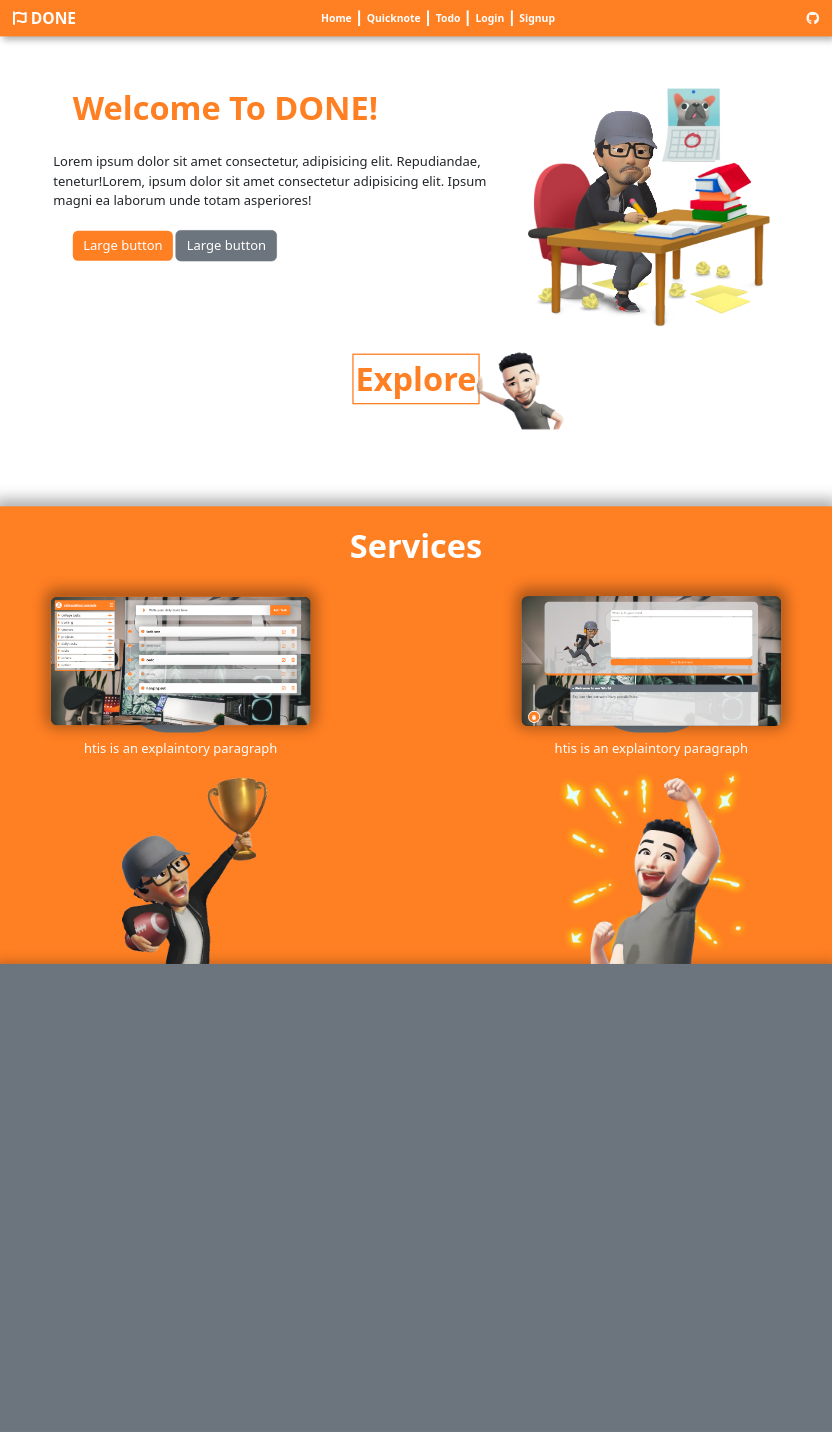
Repository: OmarEssameldinMousa/DONE
Page: index.html
An editor plug-in stored every save of this project. The page is shown before and after the next save, followed by the edit.
The browser window is 1280 px wide. The pictures show the whole page, at 65% of full size.
Some web fonts or font styles are not loaded; a fallback is used.

Above is the page before, as saved 2023-12-18 04:41:55.

After the next save:
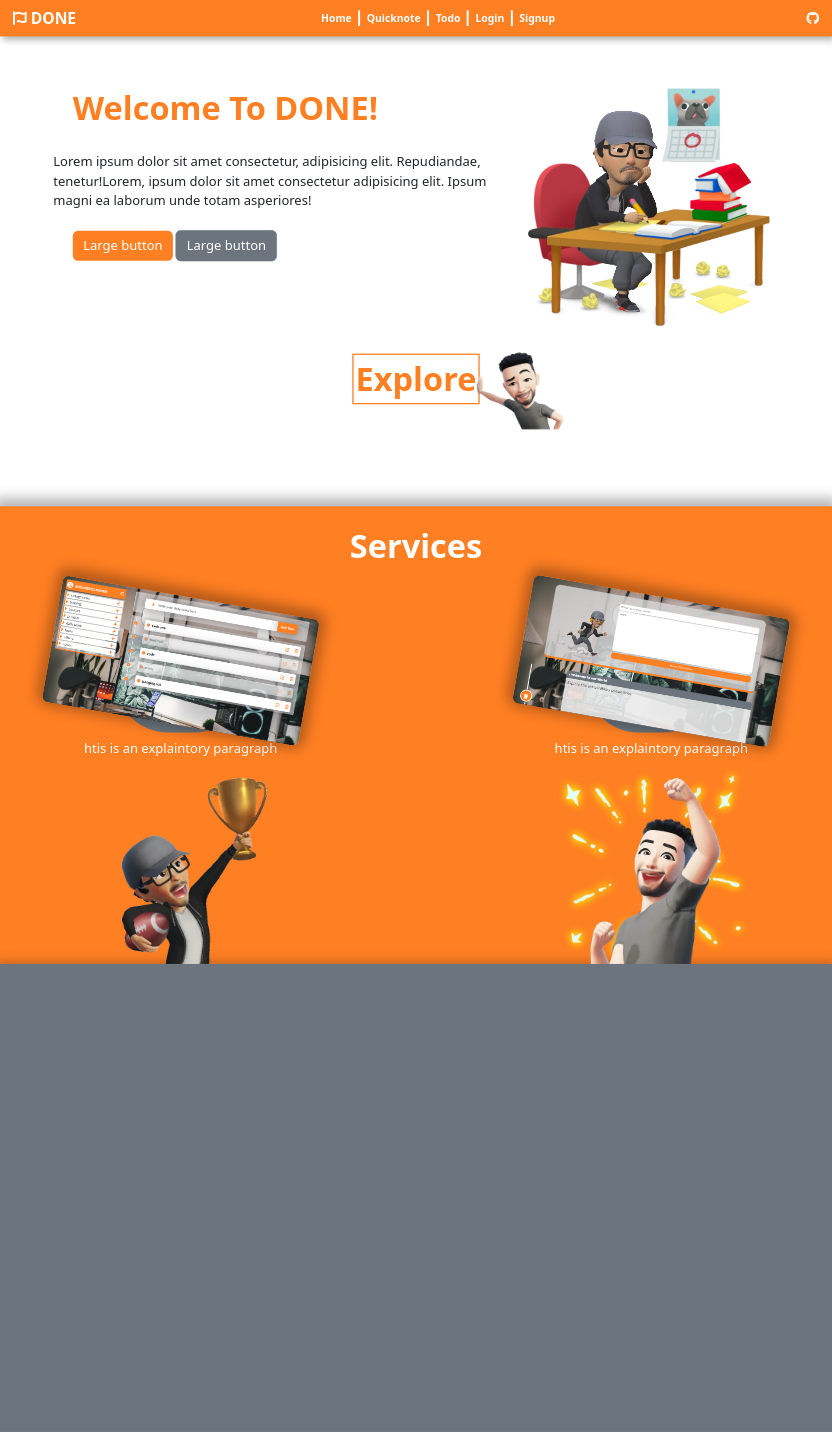
Saved 27 s later.
--- a/CSS/styles.css
+++ b/CSS/styles.css
@@ -306,6 +306,7 @@
     border-radius: 10px;
     box-shadow: rgba(0, 0, 0, 0.3) 0px -4px 20px 9px;
     transition: 0.3s;
+    transform: rotate(10deg);
     /* Add any other styles you require */
 }
 

After the save that followed:
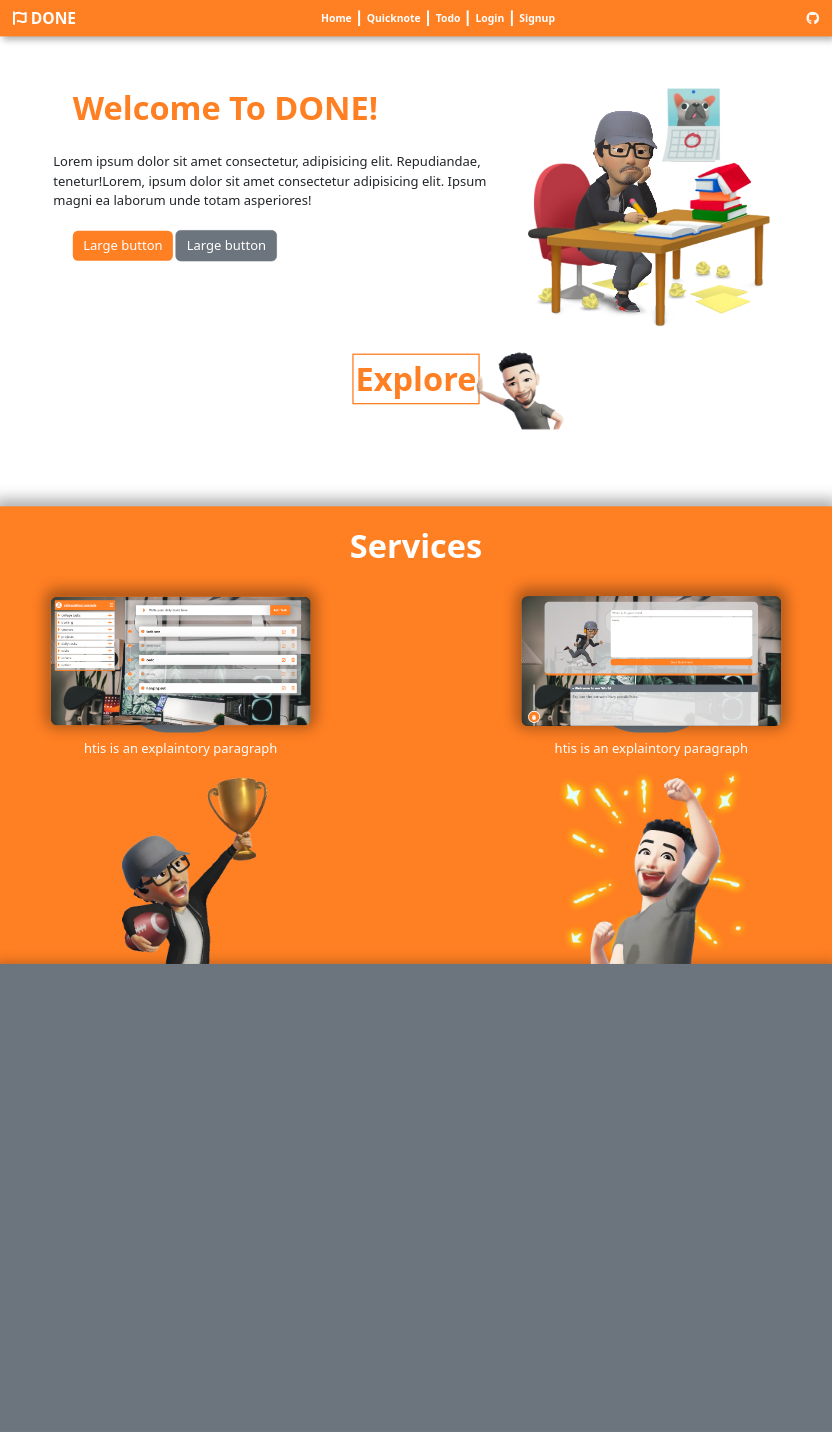
Saved 9 s later.
--- a/CSS/styles.css
+++ b/CSS/styles.css
@@ -306,11 +306,12 @@
     border-radius: 10px;
     box-shadow: rgba(0, 0, 0, 0.3) 0px -4px 20px 9px;
     transition: 0.3s;
-    transform: rotate(10deg);
+
     /* Add any other styles you require */
 }
 
 .demoimage1 img:hover{
     max-width: 410px;
     max-height: 410px;
-}
+    transform: rotate(10deg);
+}
